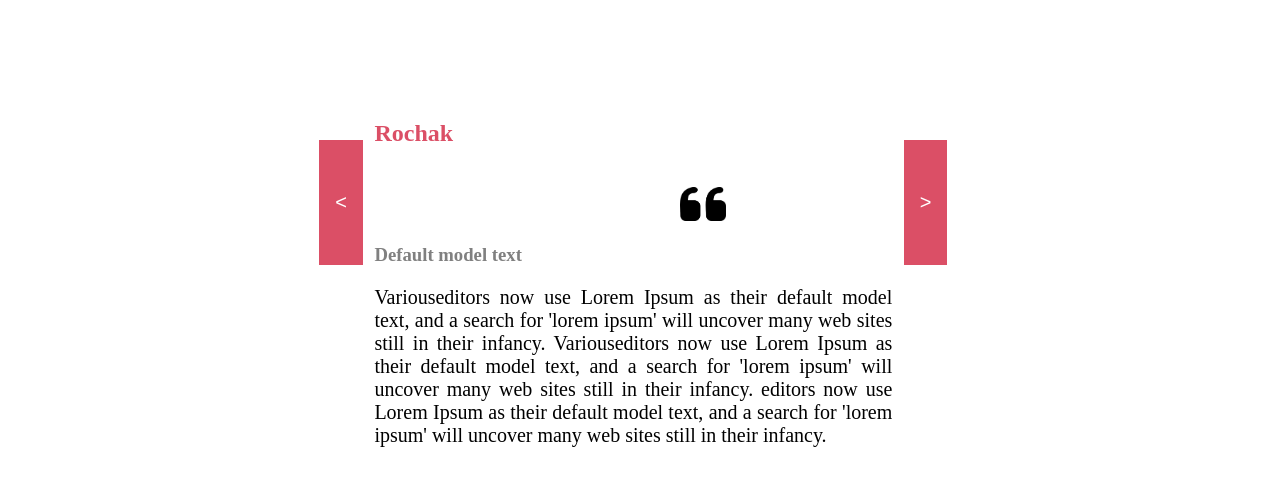
Repository: AVINKUMARP/gifts
Page: demo2.html
The author's editor kept a copy of each file at every save. The page is drawn from the files as they stood at one save, then again after the next save.
The browser window is 1280 px wide. The pictures show the whole page.

Above is the page before, as saved 2023-08-24 14:12:40.

After the next save:
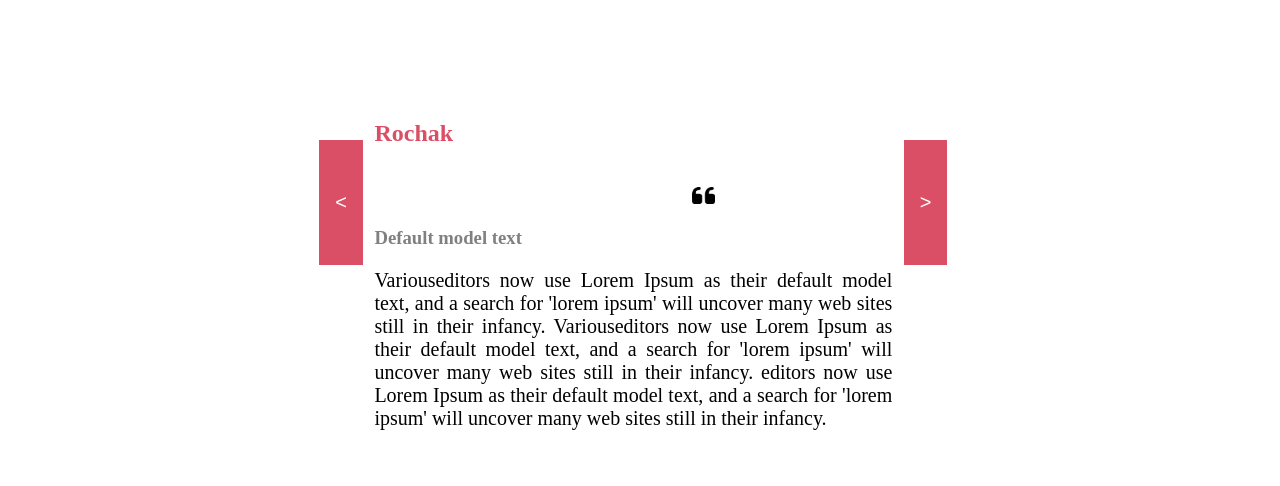
Saved 18 s later.
--- a/demo2.html
+++ b/demo2.html
@@ -65,7 +65,7 @@
             <div class="csub">
                 <div class="ch"><h2>Rochak</h2>
                 </div>
-                <div class="cicon"><img src="./images/icon.png" alt="loading..." width="10%"></div>
+                <div class="cicon"><img src="./images/icon.png" alt="loading..." width="5%"></div>
             </div>
             <h3>Default model text</h3>
             <p>Variouseditors now use Lorem Ipsum as their default model text, and a search for 'lorem ipsum' will uncover many web sites still in their infancy. Variouseditors now use Lorem Ipsum as their default model text, and a search for 'lorem ipsum' will uncover many web sites still in their infancy. editors now use Lorem Ipsum as their default model text, and a search for 'lorem ipsum' will uncover many web sites still in their infancy.</p>
